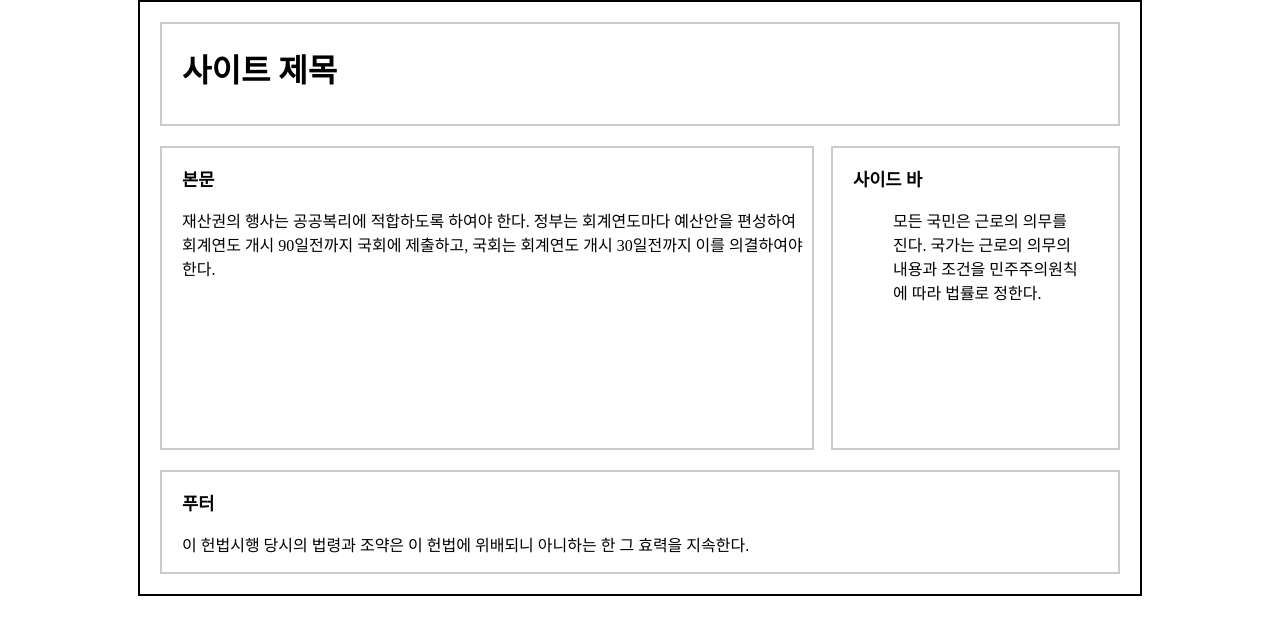
Repository: b1996om/HTML-CSS_study
Page: Practice/public/prac_07.html
An editor plug-in stored every save of this project. The page is shown before and after the next save, followed by the edit.
The browser window is 1280 px wide. The pictures show the whole page.

Above is the page before, as saved 2022-12-13 05:21:19.

### Practice/public/prac_07.html
<!DOCTYPE html>
<html lang="ko">
<head>
	<meta charset="utf-8">
	<title>2단 레이아웃</title>
	<style>
		body {
			margin:0;
			padding:0;
			box-sizing:border-box;
		}
		.con {
			width:960px;
			margin:0 auto;
			border: 2px solid black;
			padding:20px;
		}
		.header {
			border:2px solid #ccc;
			height:100px;
			padding-left:20px;
			margin-bottom:20px;
		}
		.aside {
			border:2px solid #ccc;
			width:265px;
			height:300px;
			float:right;
			padding-left:20px;
		}
		.ul {
			list-style:none;
			padding-right:35px;
		}
		.content {
			border:2px solid #ccc;
			width:630px;
			height:300px;
			float:left;
			padding-left:20px;
			margin-bottom:20px;
		}
		.footer {

			border:2px solid #ccc;
			clear:both;
			height:100px;
			padding-left:20px;
		}
		h3 {
			font-size:1.1rem;
		}
	</style>
</head>
<body>
	<div class="con mx-auto">
		<div class="header">
			<h1>사이트 제목</h1>
		</div>
		<div class="aside">
			<h3>사이드 바</h3>
			<ul class="ul">
				<li>모든 국민은 근로의 의무를 진다. 국가는 근로의 의무의 내용과 조건을
				민주주의원칙에 따라 법률로 정한다.</li>
			</ul>
		</div>
		<div class="content">
			<h3>본문</h3>
			<p>재산권의 행사는 공공복리에 적합하도록 하여야 한다. 정부는 회계연도마다 예산안을
			편성하여 회계연도 개시 90일전까지 국회에 제출하고, 국회는 회계연도 개시 30일전까지 이를
			의결하여야 한다.</p>
		</div>
		<div class="footer">
			<h3>푸터</h3>
			<p>이 헌법시행 당시의 법령과 조약은 이 헌법에 위배되니 아니하는 한 그 효력을 지속한다.</p>
		</div>
	</div>
</body>
</html>

After the next save:
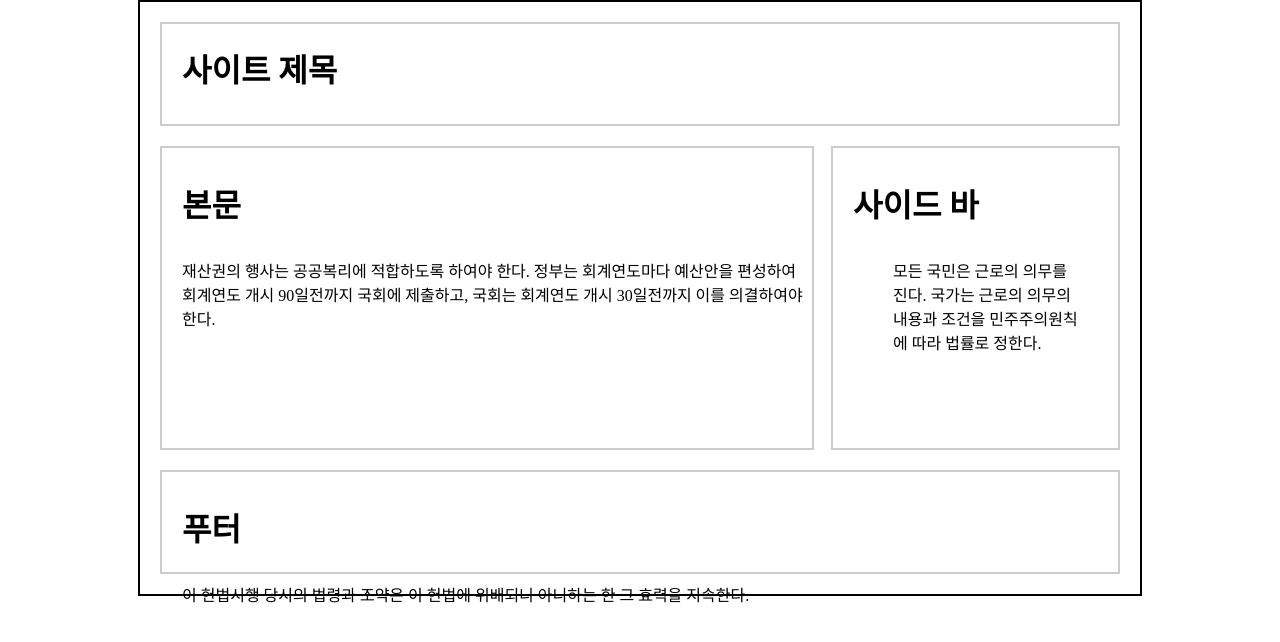
Saved 6 s later.
--- a/Practice/public/prac_07.html
+++ b/Practice/public/prac_07.html
@@ -48,7 +48,7 @@
 			padding-left:20px;
 		}
 		h3 {
-			font-size:1.1rem;
+			font-size:2rem;
 		}
 	</style>
 </head>
